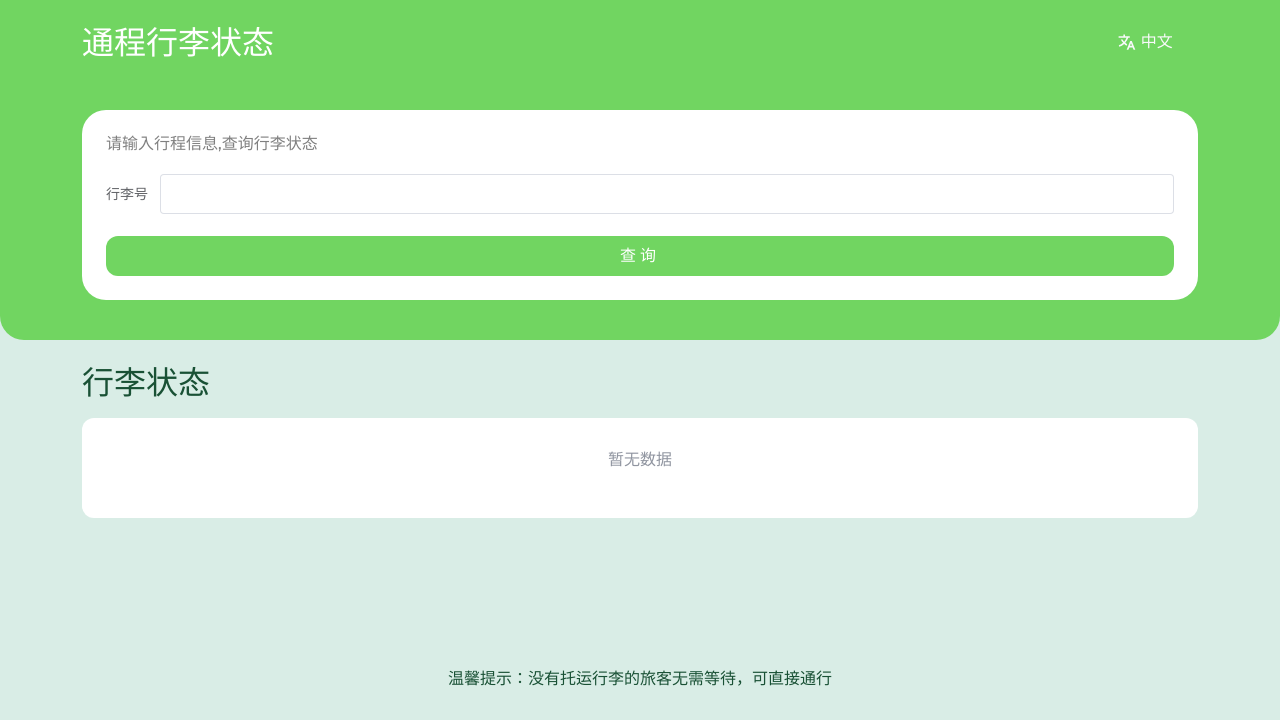
Repository: jhonMacTavish/through-baggage-web
Page: /
These files come from the project's save history. The page is drawn as it stood at one moment and after a run of saves; the edit follows.
The browser window is 1280 px wide. The pictures show the whole page.
The project was rebuilt for these pictures with package versions that can differ from the ones it lists, and the page was loaded fresh each time. Also part of the build but not shown: vite.config.js, src/components/Main copy.vue, src/components/Main.vue, src/components/NavBar.vue, src/components/Scanner.vue, src/views/Scanner.vue. Imported but missing from the stored project, and not drawn on this page: src/assets/icons/GlobeIcon.vue, src/assets/icons/LogoIcon.vue, src/assets/icons/ProfileIcon.vue, src/assets/icons/QuestionIcon.vue.

Above is the page before, as saved 2025-02-28 12:21:34.

After the next 2 saves:
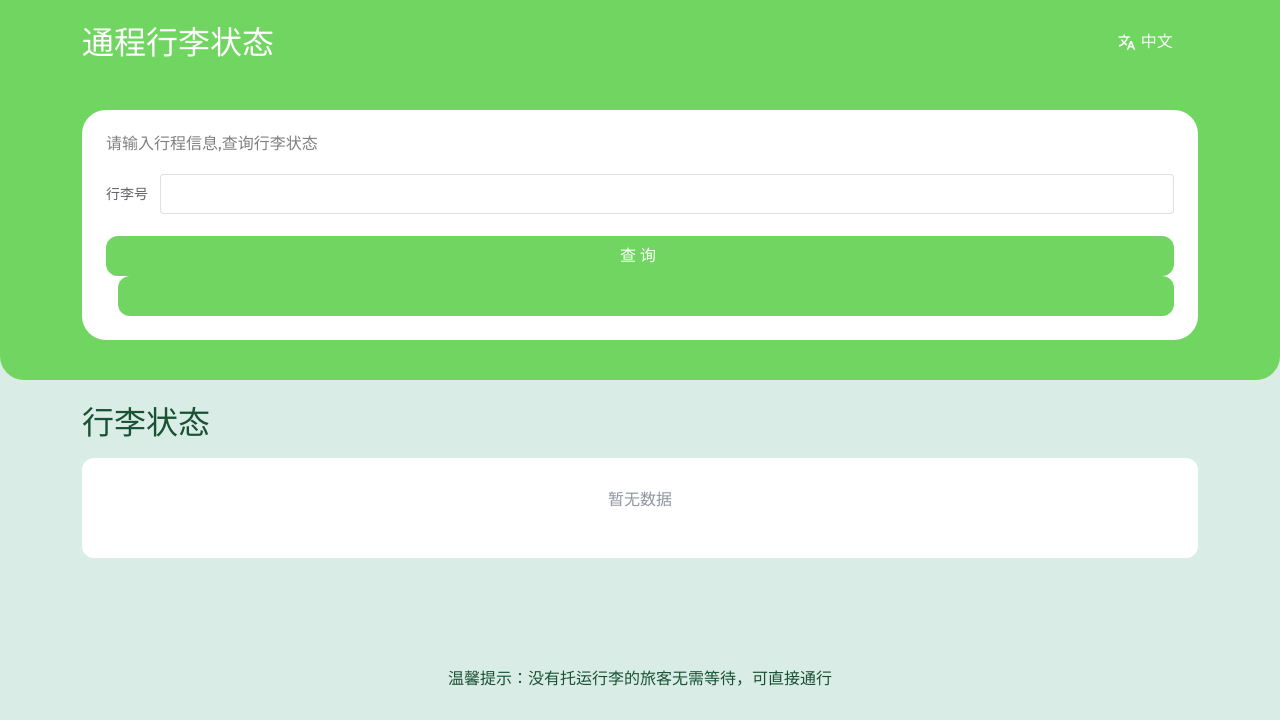
The 2 saves are shown as one change because they came seconds apart.
The last was saved 101 s later.
--- a/src/views/Home.vue
+++ b/src/views/Home.vue
@@ -2,7 +2,7 @@
  * @Author: error: error: git config user.name & please set dead value or install git && error: git config user.email & please set dead value or install git & please set dead value or install git
  * @Date: 2025-02-23 20:06:20
  * @LastEditors: john_mactavish 981192661@qq.com
- * @LastEditTime: 2025-02-28 12:20:49
+ * @LastEditTime: 2025-02-28 12:23:14
  * @FilePath: \through_baggage_webt:\Projects\VS Code\vue-bootstrap-master\src\components\Main.vue
  * @Description: 这是默认设置,请设置`customMade`, 打开koroFileHeader查看配置 进行设置: https://github.com/OBKoro1/koro1FileHeader/wiki/%E9%85%8D%E7%BD%AE
 -->
@@ -111,6 +111,9 @@
     letter-spacing: ${locale == 'zh' ? '4px' : ''};`">{{ $t("messages.userText.formButton") }} {{ !clickable ? '' : `
                 ${secondes} s` }}</text>
             </el-button>
+            <el-button class="w-100 submitBtn" :disabled="clickable" @click="submitForm(ruleFormRef)"
+              @keyup.enter.native="submitForm(ruleFormRef)">
+            </el-button>
           </el-form-item>
         </el-form>
       </div>
